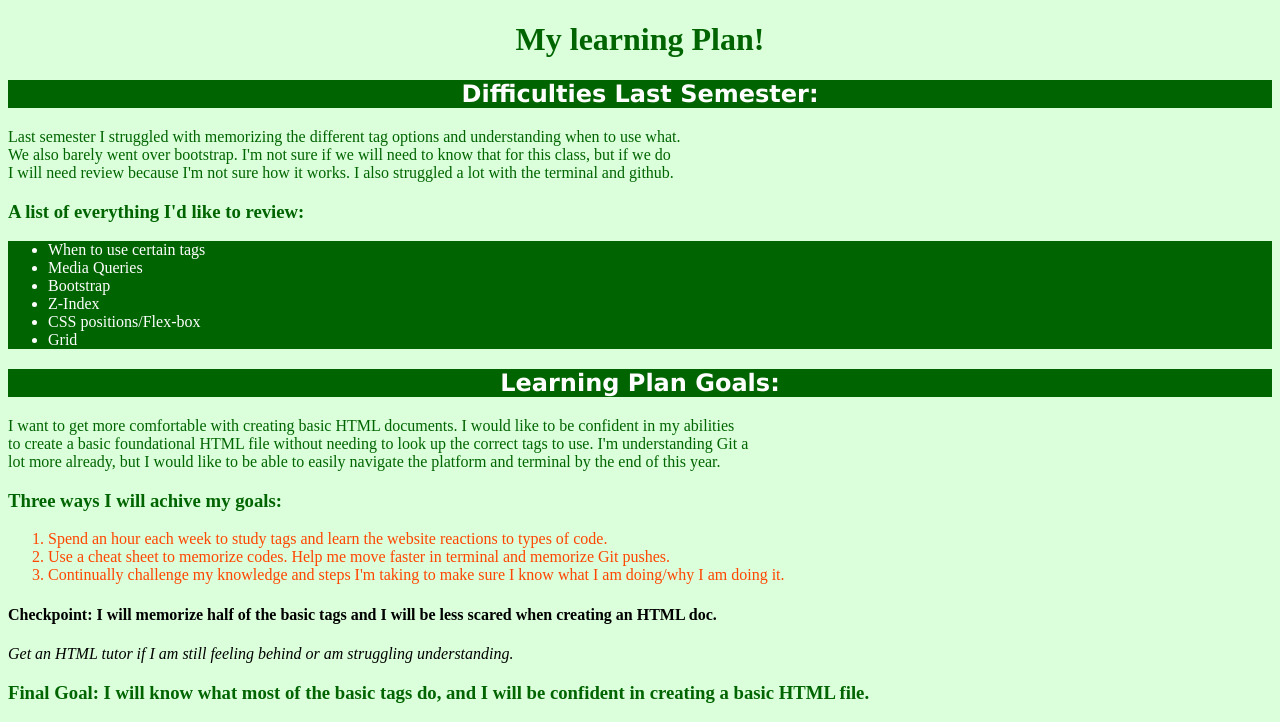
Repository: awollf/mdia-2109
Page: learning-plan.html
The author's editor kept a copy of each file at every save. The page is drawn from the files as they stood at one save, then again after the next save.
The browser window is 1280 px wide. The pictures show the whole page.

Above is the page before, as saved 2026-02-02 11:27:48.

After the next save:
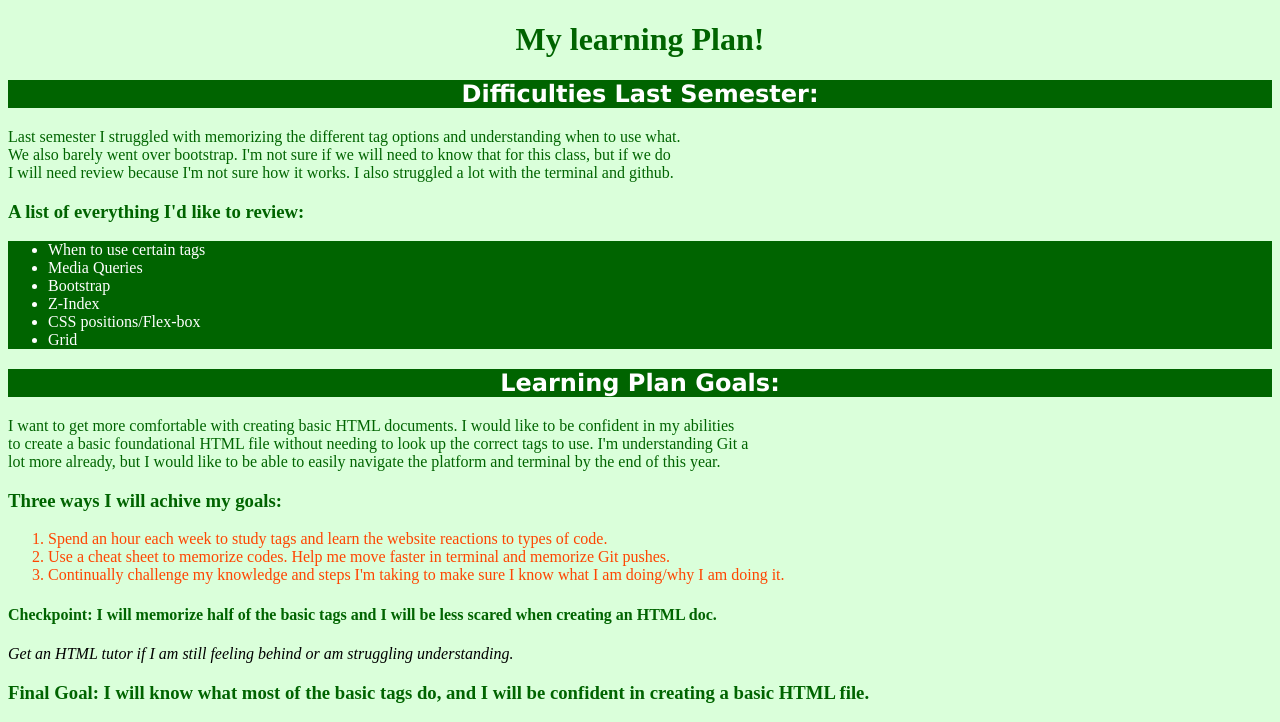
Saved 65 s later.
--- a/style.css
+++ b/style.css
@@ -41,3 +41,10 @@ ol {
     color: orangered;
     font-family: Lucinda Sans Regular;
 }
+
+h4 {
+    text-align: canter;
+    color: darkgreen;
+    font-family: 'Lucinda Grande';
+    font-decoration: italic;
+}
